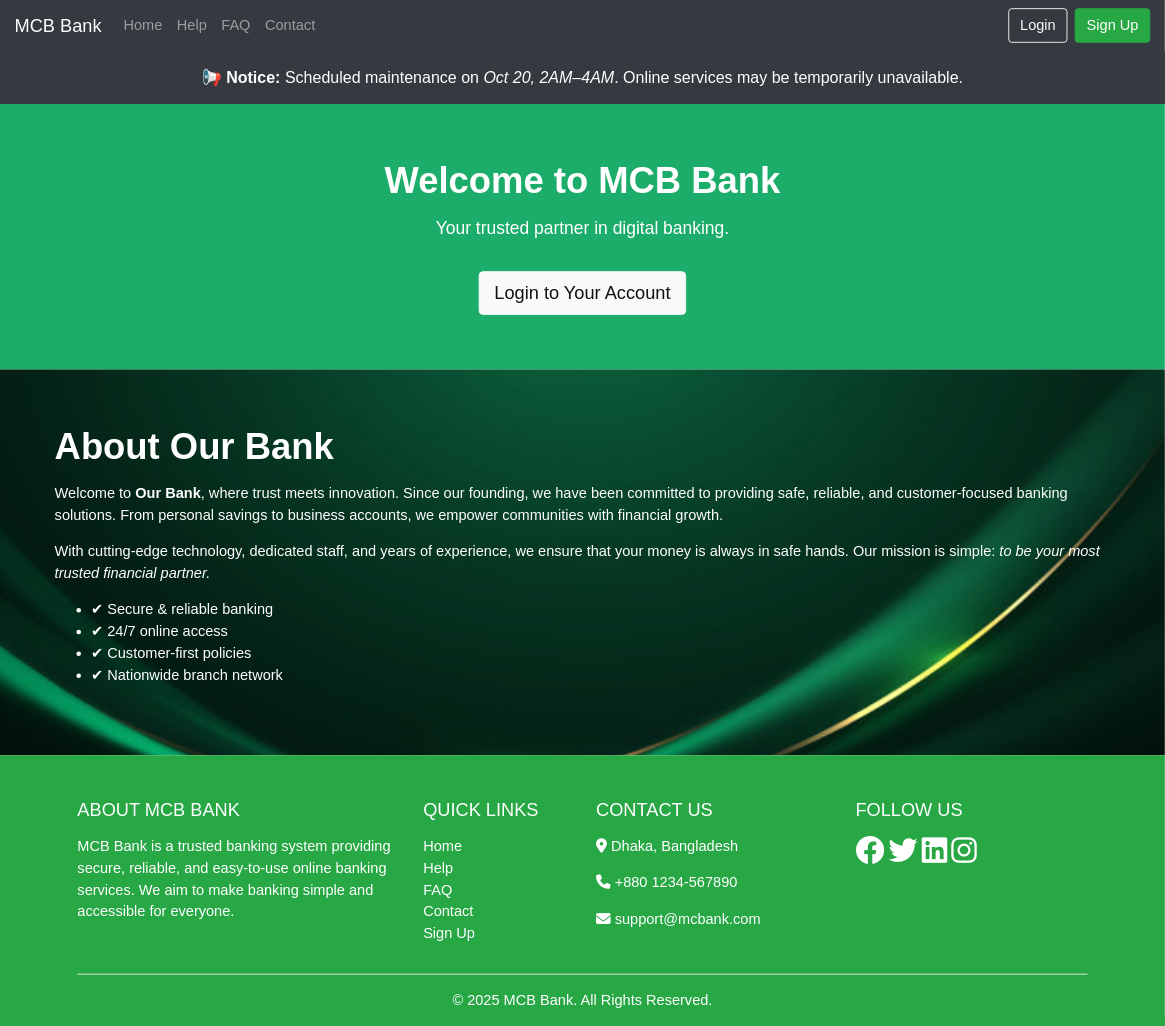
Repository: mhbshimla/my-bank
Page: http://localhost/home.php
An editor plug-in stored every save of this project. The page is shown before and after the next save, followed by the edit.
The browser window is 1280 px wide. The pictures show the whole page, at 91% of full size.
The page is run by PHP 8.4 with error messages shown; the project is at /var/www/html/.

Above is the page before, as saved 2025-10-17 21:28:34.

### home.php
<!DOCTYPE html>
<html>
<head>
  <title>Welcome to MCB Bank</title>
  <?php require 'assets/autoloader.php'; ?>
  <style>
    body { background: #f9f9f9; font-family: Arial, sans-serif; }
    .hero { padding: 60px; text-align: center; background: #1bad69ff; color: white; }
    .hero h1 { font-size: 2.5rem; margin-bottom: 15px; }
    .hero p { font-size: 1.2rem; }
    .section { padding: 40px; }
    .announcement-bar {
    animation: fadeIn 1s ease-in-out;
  }
  @keyframes fadeIn {
    from { opacity: 0; transform: translateY(-10px); }
    to { opacity: 1; transform: translateY(0); }
  }
  </style>
</head>
<body>

<nav class="navbar navbar-expand-lg navbar-dark bg-dark">
  <a class="navbar-brand" href="index.php">MCB Bank</a>
  <button class="navbar-toggler" type="button" data-toggle="collapse" data-target="#navbarNav" aria-controls="navbarNav" aria-expanded="false" aria-label="Toggle navigation">
    <span class="navbar-toggler-icon"></span>
  </button>

  <div class="collapse navbar-collapse" id="navbarNav">
    <ul class="navbar-nav mr-auto">
      <li class="nav-item"><a class="nav-link" href="home.php">Home</a></li>
      <!-- <li class="nav-item"><a class="nav-link" href="aboutourbank.php">About Our Bank</a></li> -->
      <li class="nav-item"><a class="nav-link" href="help.php">Help</a></li>
      <li class="nav-item"><a class="nav-link" href="faq.php">FAQ</a></li>
      <li class="nav-item"><a class="nav-link" href="contact.php">Contact</a></li>
    </ul>
    <ul class="navbar-nav">
      <li class="nav-item"><a class="btn btn-outline-light mr-2" href="login.php">Login</a></li>
      <li class="nav-item"><a class="btn btn-success" href="signup.php">Sign Up</a></li>
    </ul>
  </div>
</nav>
<!-- Announcement Bar -->
<div class="announcement-bar bg-dark text-white text-center py-3 shadow-sm sticky-top" style="z-index: 1030; font-size: 1.1rem;">
  <strong>📢 Notice:</strong> Scheduled maintenance on <em>Oct 20, 2AM–4AM</em>. Online services may be temporarily unavailable.
</div>

<div class="hero">
  <h1><strong>Welcome to MCB Bank</strong></h1>
  <p>Your trusted partner in digital banking.</p>
  <a href="login.php" class="btn btn-light btn-lg mt-3">Login to Your Account</a>
</div>
    <div class="section container-fluid text-white" style="background: url('images/about.jpg') no-repeat center center; background-size: cover; padding: 60px;">
  <h1 class="mb-3"><strong>About Our Bank</strong></h1>
      <p>
        Welcome to <strong>Our Bank</strong>, where trust meets innovation.
        Since our founding, we have been committed to providing safe, reliable,
        and customer-focused banking solutions. From personal savings to
        business accounts, we empower communities with financial growth.
      </p>
      <p>
        With cutting-edge technology, dedicated staff, and years of experience,
        we ensure that your money is always in safe hands. Our mission is simple:
        <em>to be your most trusted financial partner.</em>
      </p>
      <ul>
        <li>✔ Secure & reliable banking</li>
        <li>✔ 24/7 online access</li>
        <li>✔ Customer-first policies</li>
        <li>✔ Nationwide branch network</li>
      </ul>
</div>

<footer class="bg-success text-white pt-5 pb-3 mt-auto">
  <div class="container">
    <div class="row">

      <!-- About Section -->
      <div class="col-md-4">
        <h5 class="text-uppercase mb-3">About MCB Bank</h5>
        <p>
          MCB Bank is a trusted banking system providing secure,
          reliable, and easy-to-use online banking services. We aim to make
          banking simple and accessible for everyone.
        </p>
      </div>

      <!-- Quick Links -->
      <div class="col-md-2">
        <h5 class="text-uppercase mb-3">Quick Links</h5>
        <ul class="list-unstyled">
          <li><a href="home.php" class="text-white text-decoration-none">Home</a></li>
          <li><a href="help.php" class="text-white text-decoration-none">Help</a></li>
          <li><a href="faq.php" class="text-white text-decoration-none">FAQ</a></li>
          <li><a href="contact.php" class="text-white text-decoration-none">Contact</a></li>
          <li><a href="signup.php" class="text-white text-decoration-none">Sign Up</a></li>
        </ul>
      </div>

      <!-- Contact Info -->
      <div class="col-md-3">
        <h5 class="text-uppercase mb-3">Contact Us</h5>
        <p><i class="fas fa-map-marker-alt"></i> Dhaka, Bangladesh</p>
        <p><i class="fas fa-phone"></i> +880 1234-567890</p>
        <p><i class="fas fa-envelope"></i> support@mcbank.com</p>
      </div>

      <!-- Social Media -->
      <div class="col-md-3">
        <h5 class="text-uppercase mb-3">Follow Us</h5>
        <a href="#" class="text-white me-3"><i class="fab fa-facebook fa-2x"></i></a>
        <a href="#" class="text-white me-3"><i class="fab fa-twitter fa-2x"></i></a>
        <a href="#" class="text-white me-3"><i class="fab fa-linkedin fa-2x"></i></a>
        <a href="#" class="text-white"><i class="fab fa-instagram fa-2x"></i></a>
      </div>

    </div>
    <hr class="bg-light">
    <div class="text-center">
      &copy; <?php echo date("Y"); ?> MCB Bank. All Rights Reserved.
    </div>
  </div>
</footer>
<link rel="stylesheet" href="https://cdnjs.cloudflare.com/ajax/libs/font-awesome/6.4.0/css/all.min.css">


</body>
</html>

### assets/autoloader.php

<link rel="stylesheet" type="text/css" href="css/bootstrap.min.css">
<link rel="stylesheet" type="text/css" href="css/custom.css">
<link rel="stylesheet" type="text/css" href="font-awesome/css/font-awesome.min.css">
<script src='js/jquery-3.2.1.min.js'></script>
<script src='js/popper.min.js'></script>
<script src='js/bootstrap.min.js'></script>

### css/custom.css
.omit1{background: rgba(0,0,0,0.1);}
.omit2{background: rgba(0,0,0,0.2);}
.omit3{background: rgba(0,0,0,0.3);}
.omit4{background: rgba(0,0,0,0.4);}
.omit5{background: rgba(0,0,0,0.5);}
.omit6{background: rgba(0,0,0,0.6);}
.omit7{background: rgba(0,0,0,0.7);}
.omit8{background: rgba(0,0,0,0.8);}
.omit9{background: rgba(0,0,0,0.9);}

.shadowBlack{box-shadow: 2px 2px 11px black}
.shadowGreen{box-shadow: 2px 2px 11px green}
.shadowBlue{box-shadow: 2px 2px 11px blue}
.shadowWhite{box-shadow: 2px 2px 11px white}

Loaded but not shown: css/bootstrap.min.css (library); font-awesome/css/font-awesome.min.css (library); js/jquery-3.2.1.min.js (library); js/popper.min.js (library); js/bootstrap.min.js (library)

After the next save:
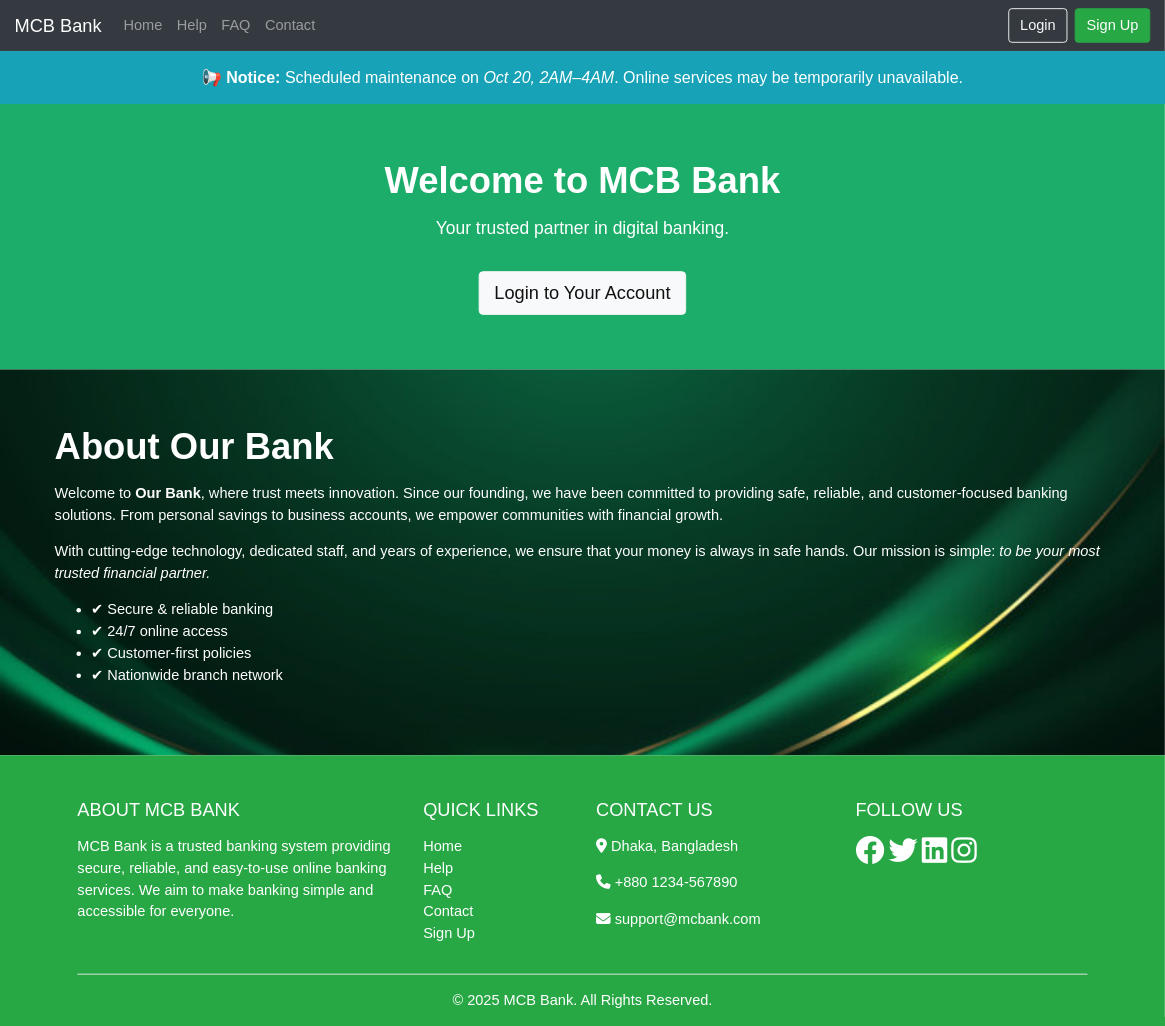
Saved 86 s later.
--- a/home.php
+++ b/home.php
@@ -41,7 +41,7 @@
   </div>
 </nav>
 <!-- Announcement Bar -->
-<div class="announcement-bar bg-dark text-white text-center py-3 shadow-sm sticky-top" style="z-index: 1030; font-size: 1.1rem;">
+<div class="announcement-bar bg-info text-white text-center py-3 shadow-sm sticky-top" style="z-index: 1030; font-size: 1.1rem;">
   <strong>📢 Notice:</strong> Scheduled maintenance on <em>Oct 20, 2AM–4AM</em>. Online services may be temporarily unavailable.
 </div>
 
